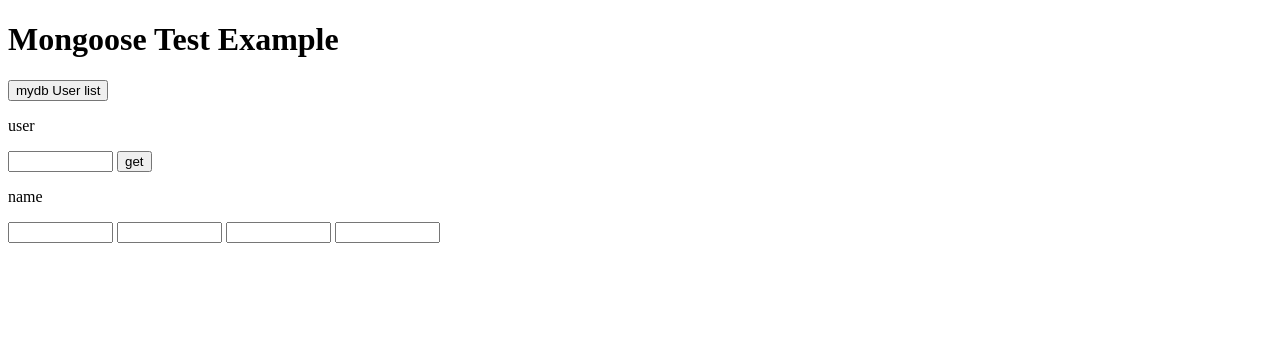
Repository: mchee01/anew
Page: http://localhost/
The author's editor kept a record of every edit. The page is drawn from the files as they stood at one moment, then again after the next edit.
The browser window is 1280 px wide. The pictures show the whole page.
The page is served by the project's Node server (node/mongos/app.js). Other server files are loaded and not shown.

Above is the page before.

### node/mongos/views/index.html
<!DOCTYPE html>
<html>
<head>
    <meta charset="utf-8" />
    <title>Moongoose Module</title>
</head>
<body>
    <h1>Mongoose Test Example</h1>
    <form method='post' action='/insert' name="mongoform">
        <input type="button" value="mydb User list" onclick='location.href="/list"'/><p>user</p>
        <input type="text" size='10' name='userid'/>
        <input type='button' value="get" onclick='location.href="/get?input="+document.mongoform.userid.value'/><p>name</p>
        <input type="text" size='10' name='name'/>
        <input type="text" size='10' name='name'/>
        <input type="text" size='10' name='name'/>
        <input type="text" size='10' name='name'/>
    </form>
</body>
</html>

### node/mongos/app.js
const express = require('express');
const morgan = require('morgan');
const path = require('path');
const app = express();
const bodyParser = require('body-parser');
const cookieParser = require('cookie-parser');
const router = express.Router();

// view engine setup
app.set('port', process.env.PORT || 3000)

app.use(morgan('dev'));
app.use(bodyParser.json());
app.use(bodyParser.urlencoded({ extended: false }));
app.use(cookieParser());
app.use(express.static(path.join(__dirname, 'views')));

//mongoose configuration
const mongoose = require("mongoose")
mongoose.connect('mongodb://43.201.125.57:27017/mydb')

// routes setup
var main = require('./routes/main.js');
app.use('/', main);

app.listen(app.get('port'), () =>{
	console.log('3000 Port : 서버 실행 중')
});

After the next edit:
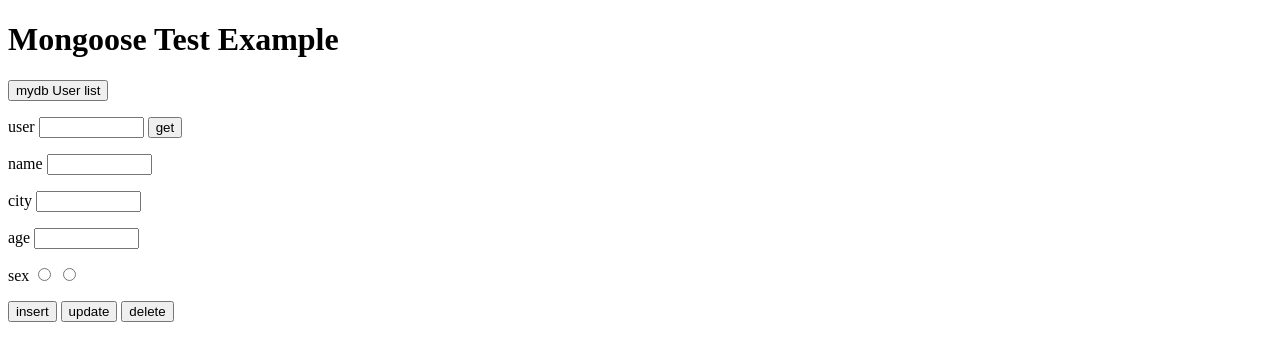
The edit:
--- a/node/mongos/views/index.html
+++ b/node/mongos/views/index.html
@@ -1,19 +1,24 @@
+
 <!DOCTYPE html>
 <html>
 <head>
-    <meta charset="utf-8" />
-    <title>Moongoose Module</title>
+<meta charset="utf-8">
+<title>Moongoose Module</title>
 </head>
 <body>
     <h1>Mongoose Test Example</h1>
-    <form method='post' action='/insert' name="mongoform">
-        <input type="button" value="mydb User list" onclick='location.href="/list"'/><p>user</p>
-        <input type="text" size='10' name='userid'/>
-        <input type='button' value="get" onclick='location.href="/get?input="+document.mongoform.userid.value'/><p>name</p>
-        <input type="text" size='10' name='name'/>
-        <input type="text" size='10' name='name'/>
-        <input type="text" size='10' name='name'/>
-        <input type="text" size='10' name='name'/>
+    <form method='post' action=/insert name="mongoform">
+        <input type='button' value="mydb User list" onclick='location.href="/list"'><p>
+        user <input type='text' size='10' name='userid'>
+        <input type='button' value="get" onclick='location.href="/get?input="+document.mongoform.userid.value'><p>
+        name <input type='text' size='10' name='name'><p>
+        city <input type='text' size='10' name='name'><p>
+        age <input type='text' size='10' name='name'><p>
+        sex <input type='radio' name='sex' value='male'>
+            <input type='radio' name='sex' value='female'><p>
+        <input type='submit' value="insert" onclick='this.form.action="/insert"'>
+        <input type='submit' value="update" onclick='this.form.action="/update"'>
+        <input type='submit' value="delete" onclick='this.form.action="/delete"'>
     </form>
 </body>
 </html>
